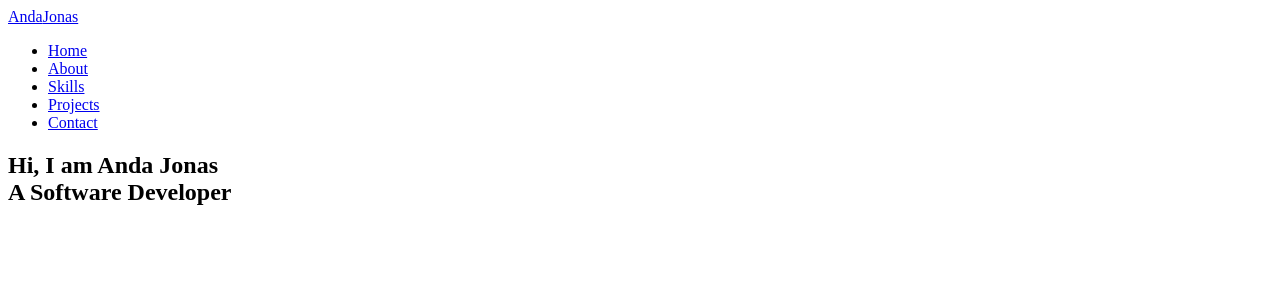
Repository: andajonas/ANDJON25111_fto2505_A_Anda-Jonas_CDV05
Page: index.html
An editor plug-in stored every save of this project. The page is shown before and after a run of saves, followed by the edit.
The browser window is 1280 px wide. The pictures show the whole page.

Above is the page before, as saved 2025-09-19 13:09:18.

### index.html
<!DOCTYPE html>
<html lang="en">
<head>
    <meta charset="UTF-8">
    <meta name="viewport" content="width=device-width, initial-scale=1.0">
    <title>Anda Jonas| Developer Portfolio </title>

</head>
<body>
    <!-- Header and Navigation -->
     <header>
        <div class="container">
            <nav>
                <a href="#" class="logo">Anda<span>Jonas</span></a>
                <div class="menu-btn" id="menu-btn">
                    <i class="fas fa-bars"></i>
                </div>
                <ul class="nav-links" id="nav-links">
                    <li><a href="#home">Home</a></li>
                    <li><a href="#about">About</a></li>
                    <li><a href="#skills">Skills</a></li>
                    <li><a href="#projects">Projects</a></li>
                    <li><a href="#contact">Contact</a></li>
                </ul>
            </nav>
        </div>
     </header>
     <!-- Hero Section -->
     <section id="home" class="hero">
        <div class="container">
            <div class="hero-content">
                <div class="hero-text">
                    <h1>Hi, I am Anda Jonas<br><span>A Software Developer</span></h1>
                    <p></p>

After the next 2 saves:
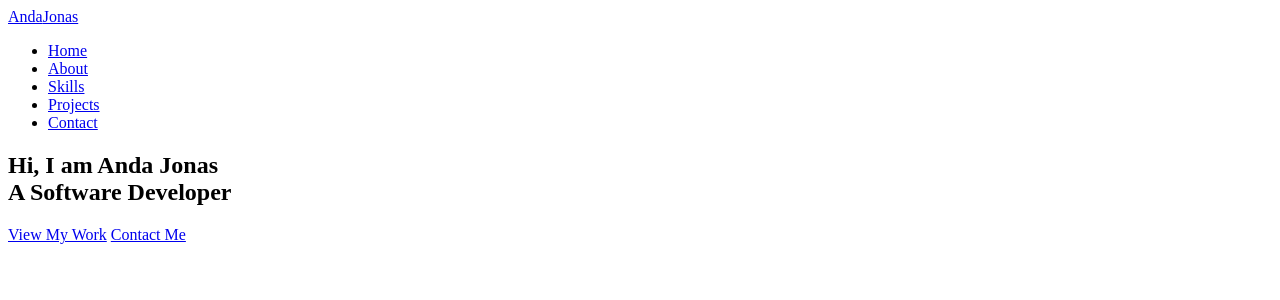
The 2 saves are shown as one change because they came seconds apart.
The last was saved 49 min 8 s later.
--- a/index.html
+++ b/index.html
@@ -32,3 +32,8 @@
                 <div class="hero-text">
                     <h1>Hi, I am Anda Jonas<br><span>A Software Developer</span></h1>
                     <p></p>
+                    <div class="hero-btns">
+                        <a href="#projects" class="btn">View My Work</a>
+                        <a href="#contact" class="btn btn-outline">Contact Me</a>
+                    </div>
+                </div>
